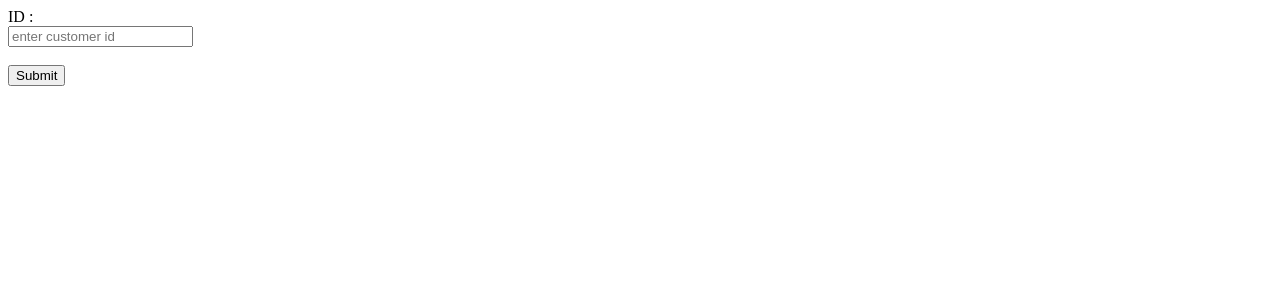
Repository: Sridharreddy597/bcjdecember2016git
Page: http://localhost/restclientAJAX/views/getfrm.jsp
An editor plug-in stored every save of this project. The page is shown before and after the next save, followed by the edit.
The browser window is 1280 px wide. The pictures show the whole page.
Some web libraries are served in a nearby version. The page is served by Tomcat 9. Nobody is signed in. The application's start-up code is not run.

Above is the page before, as saved 2017-06-16 15:25:48.

After the next save:
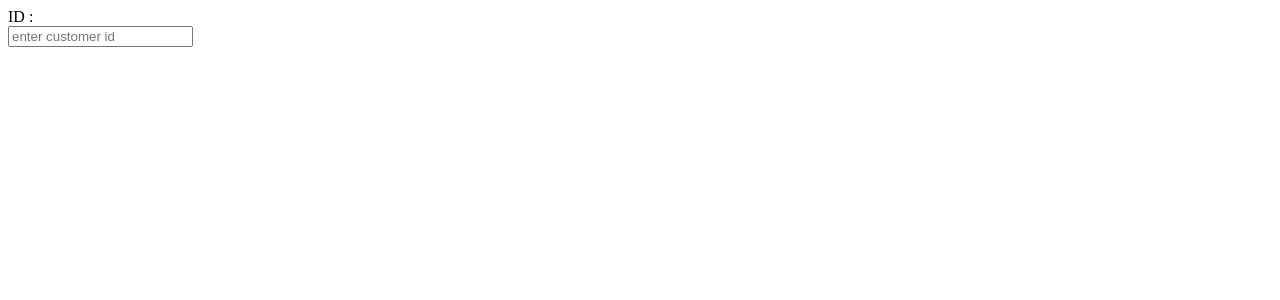
Saved 11 s later.
--- a/restclientAJAX/src/main/webapp/views/getfrm.jsp
+++ b/restclientAJAX/src/main/webapp/views/getfrm.jsp
@@ -21,8 +21,7 @@
 		ID :<br> <input type="text" class="form-control" name="id" id="id"
 			placeholder="enter customer id " required> <br>
 
-			<br><input
-			type="submit" value="Submit">
+			<br><inpu type="submit" value="Submit">
 	</form>
 	<div  id="result1"> </div>
 </div>

After the save that followed:
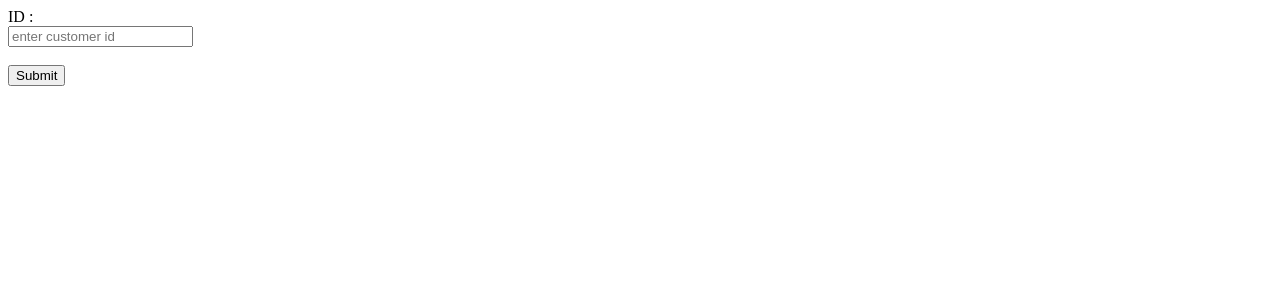
Saved 19 s later.
--- a/restclientAJAX/src/main/webapp/views/getfrm.jsp
+++ b/restclientAJAX/src/main/webapp/views/getfrm.jsp
@@ -21,7 +21,7 @@
 		ID :<br> <input type="text" class="form-control" name="id" id="id"
 			placeholder="enter customer id " required> <br>
 
-			<br><inpu type="submit" value="Submit">
+			<br><input type="submit" value="Submit">
 	</form>
 	<div  id="result1"> </div>
 </div>
